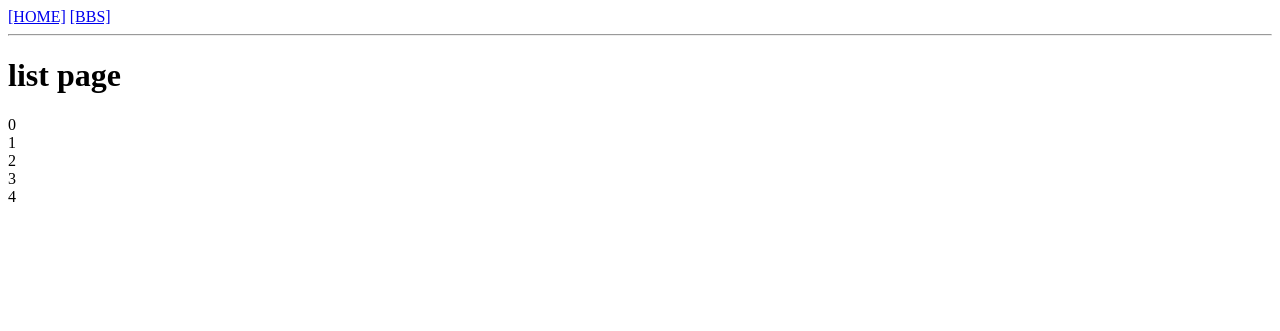
Repository: hwa3845/fullstackjava
Page: http://localhost/web04/bbs/
An editor plug-in stored every save of this project. The page is shown before and after the next save, followed by the edit.
The browser window is 1280 px wide. The pictures show the whole page.
The page is served by Tomcat 9.

Above is the page before, as saved 2025-04-16 07:21:13.

### webWorkspace/web04/WebContent/bbs/index.jsp
<%@ page language="java" contentType="text/html; charset=UTF-8"
    pageEncoding="UTF-8"%>
<!DOCTYPE html PUBLIC "-//W3C//DTD HTML 4.01 Transitional//EN" "http://www.w3.org/TR/html4/loose.dtd">
<html>
<head>
<meta http-equiv="Content-Type" content="text/html; charset=UTF-8">
<title>Insert title here</title>
</head>
<body>
<a href="../">[HOME]</a>
<a href="./">[BBS]</a>
<hr>
<h1>list page</h1>
<dl>
<%
for(int i=0; i<5; i++){
%>
	<dt><%=i %></dt><dd></dd>
<%
}
%>
</dl>
</body>
</html>

After the next save:
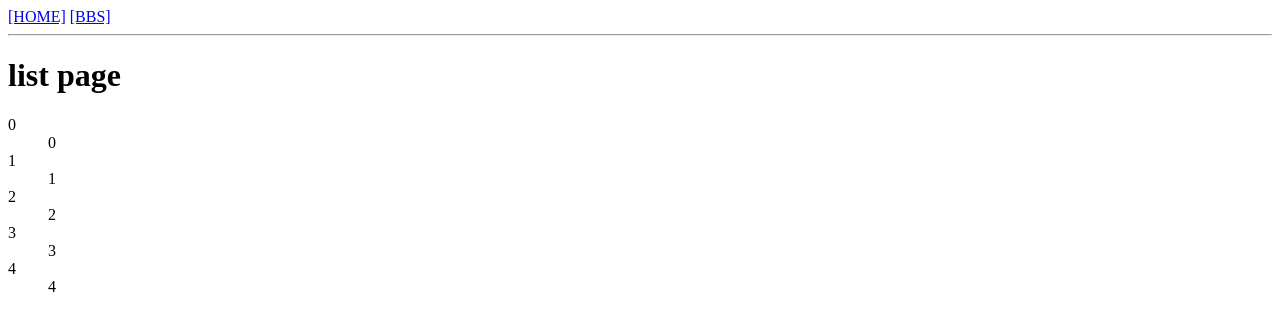
Saved 5 s later.
--- a/webWorkspace/web04/WebContent/bbs/index.jsp
+++ b/webWorkspace/web04/WebContent/bbs/index.jsp
@@ -15,7 +15,7 @@
 <%
 for(int i=0; i<5; i++){
 %>
-	<dt><%=i %></dt><dd></dd>
+	<dt><%=i %></dt><dd><%=i %></dd>
 <%
 }
 %>
